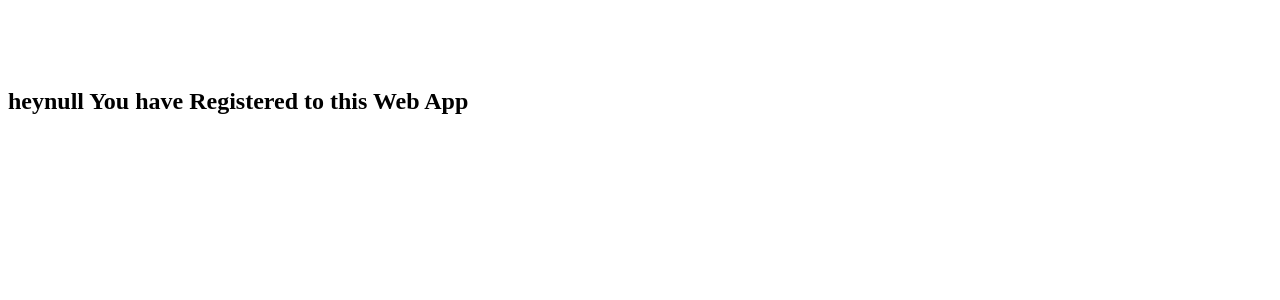
Repository: anuragtiwari3100/Java-Web-Solutions-Kit
Page: http://localhost/RegistrationAppUsingMVC/failure.jsp
These files come from the project's save history. The page is drawn as it stood at one moment and after the next save; the edit follows.
The browser window is 1280 px wide. The pictures show the whole page.
The page is served by Tomcat 10.

Above is the page before, as saved 2024-11-28 04:25:12.

After the next save:
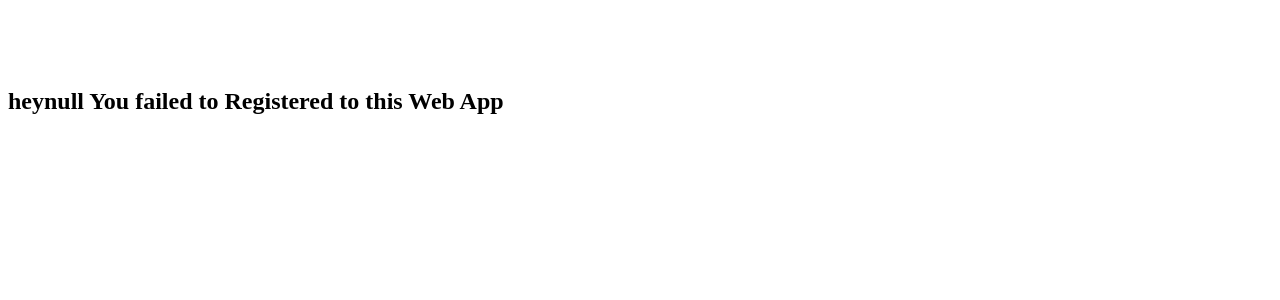
Saved 10 s later.
--- a/JspAndServlet/RegistrationAppUsingMVC/src/main/webapp/failure.jsp
+++ b/JspAndServlet/RegistrationAppUsingMVC/src/main/webapp/failure.jsp
@@ -9,6 +9,6 @@
 <body>
   <h1><marquee>Registaration Failed</marquee></h1>
   <% String name =(String)session.getAttribute("name"); %>
- <h2>hey<%= name %> You have Registered to this Web App</h2>
+ <h2>hey<%= name %> You failed to  Registered to this Web App</h2>
 </body>
 </html>
